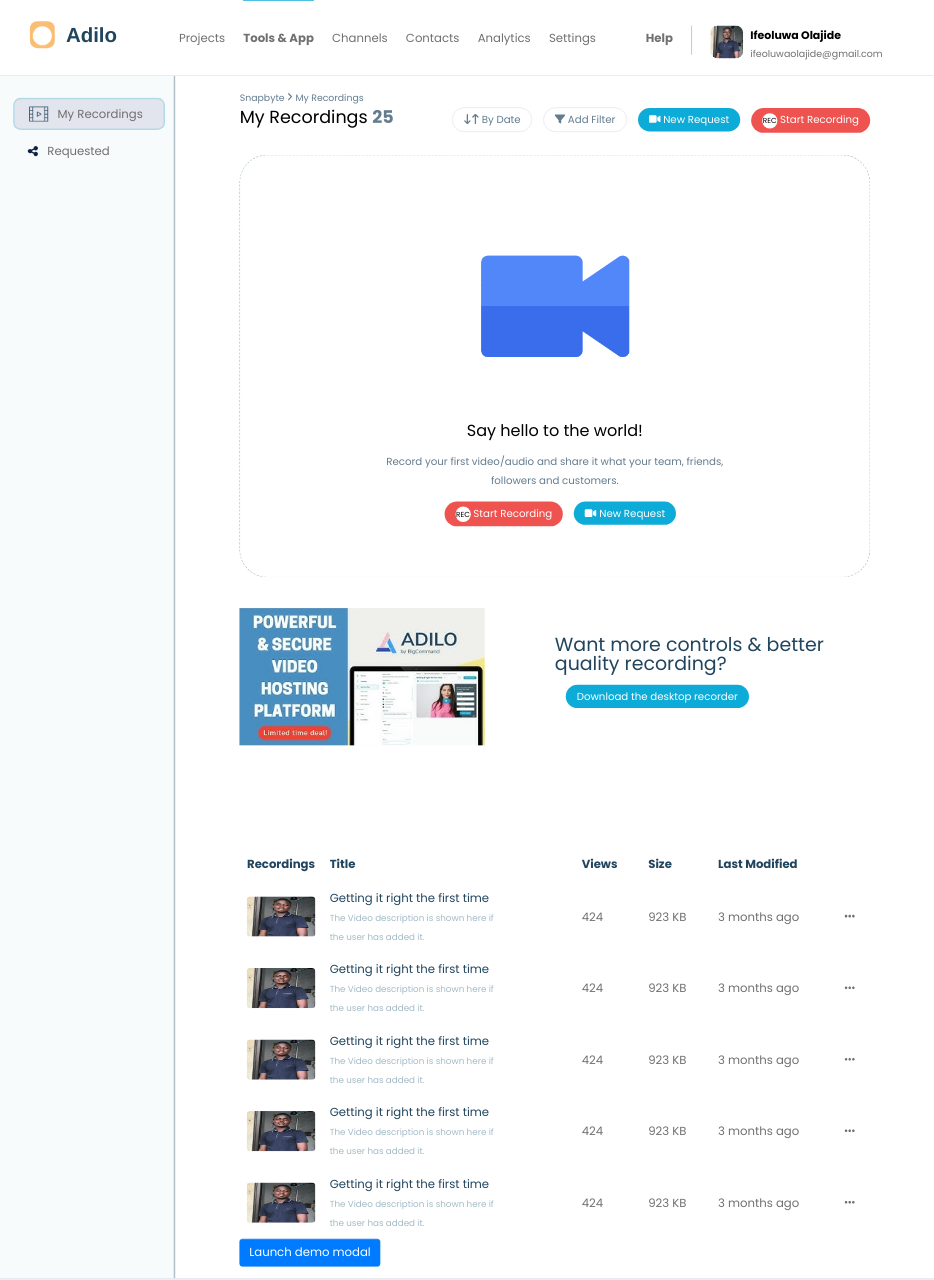
Repository: olhighjay/video_recorder
Page: /
An editor plug-in stored every save of this project. The page is shown before and after the next save, followed by the edit.
The browser window is 1280 px wide. The pictures show the whole page, at 73% of full size.
Some web libraries are served in a nearby version. The project was rebuilt for these pictures with package versions that can differ from the ones it lists, and the page was loaded fresh each time. Also part of the build but not shown: vue.config.js.

Above is the page before, as saved 2022-07-29 10:41:26.

After the next save:
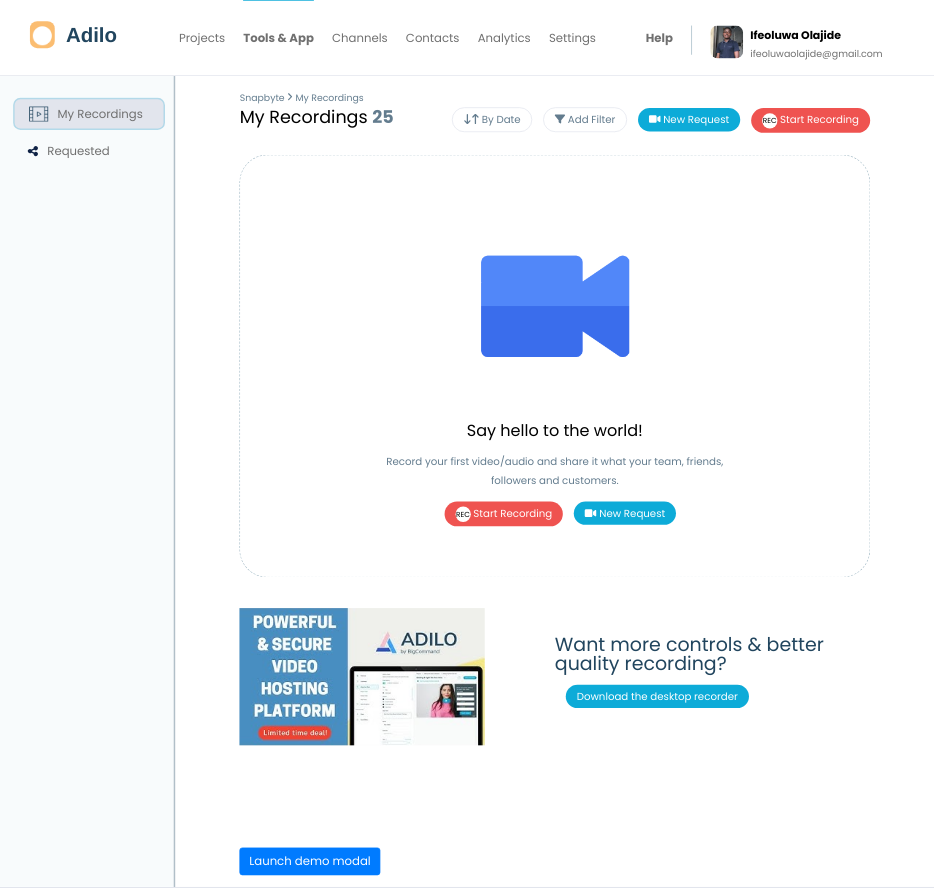
Saved 10 s later.
--- a/src/App.vue
+++ b/src/App.vue
@@ -37,7 +37,7 @@
 
           <empty-recorded></empty-recorded>
 
-          <data-table></data-table>
+          <!-- <data-table></data-table> -->
           <!-- Button trigger modal -->
 <button type="button" class="btn btn-primary" data-toggle="modal" data-target="#recordOptions">
 Launch demo modal
